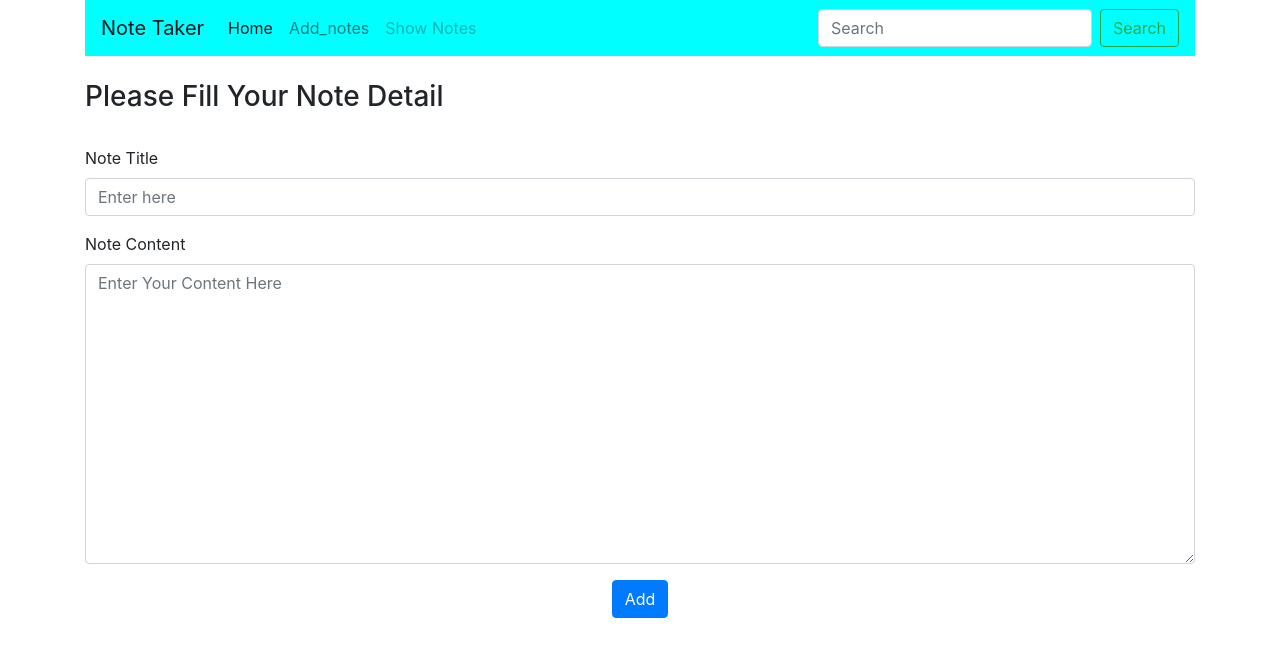
Repository: PratibhaMastud/index.jsp
Page: http://localhost/JavaWebApp/add_notes.jsp
An editor plug-in stored every save of this project. The page is shown before and after the next save, followed by the edit.
The browser window is 1280 px wide. The pictures show the whole page.
Some web libraries are served in a nearby version. The page is served by Tomcat 9.

Above is the page before, as saved 2020-06-29 06:53:33.

After the next save:
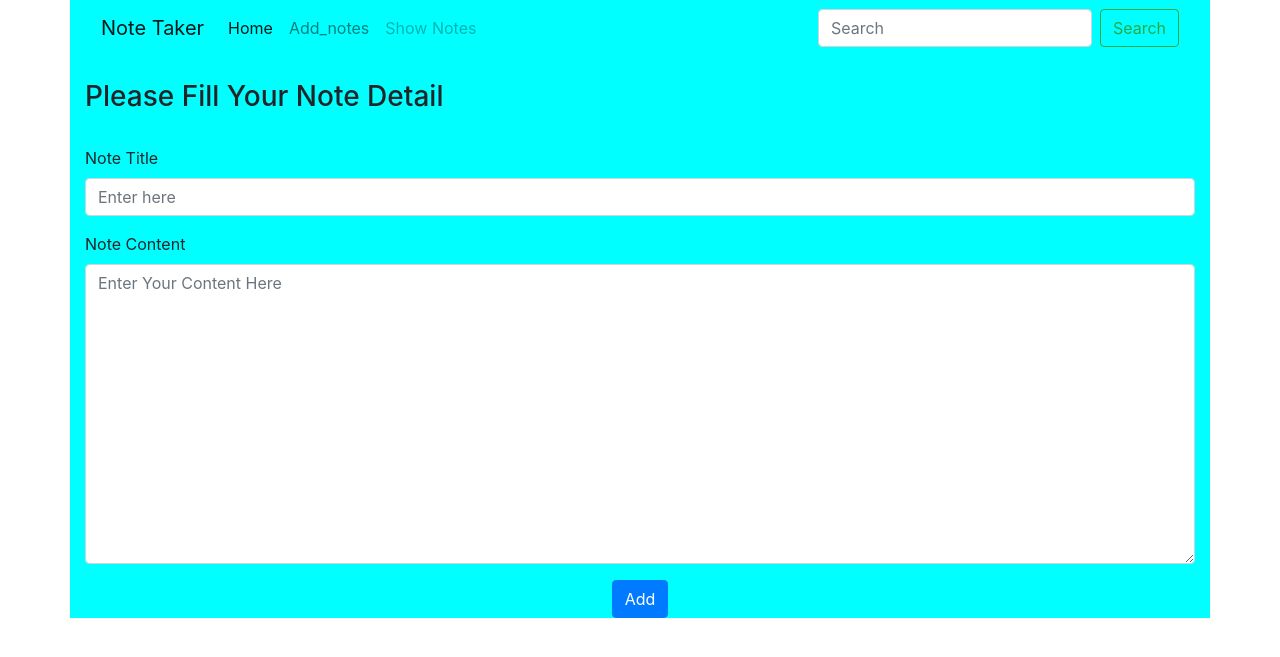
Saved 62 s later.
--- a/JavaWebApp/src/main/webapp/add_notes.jsp
+++ b/JavaWebApp/src/main/webapp/add_notes.jsp
@@ -8,7 +8,7 @@
 	<%@include file="all_css_js.jsp"%>
 </head>
 <body>
-<div class="container">
+<div class="container" style="background:#00ffff">
 	<%@include file="navbar.jsp"%><br>
 	<h3>Please Fill Your Note Detail</h3></br>
 
